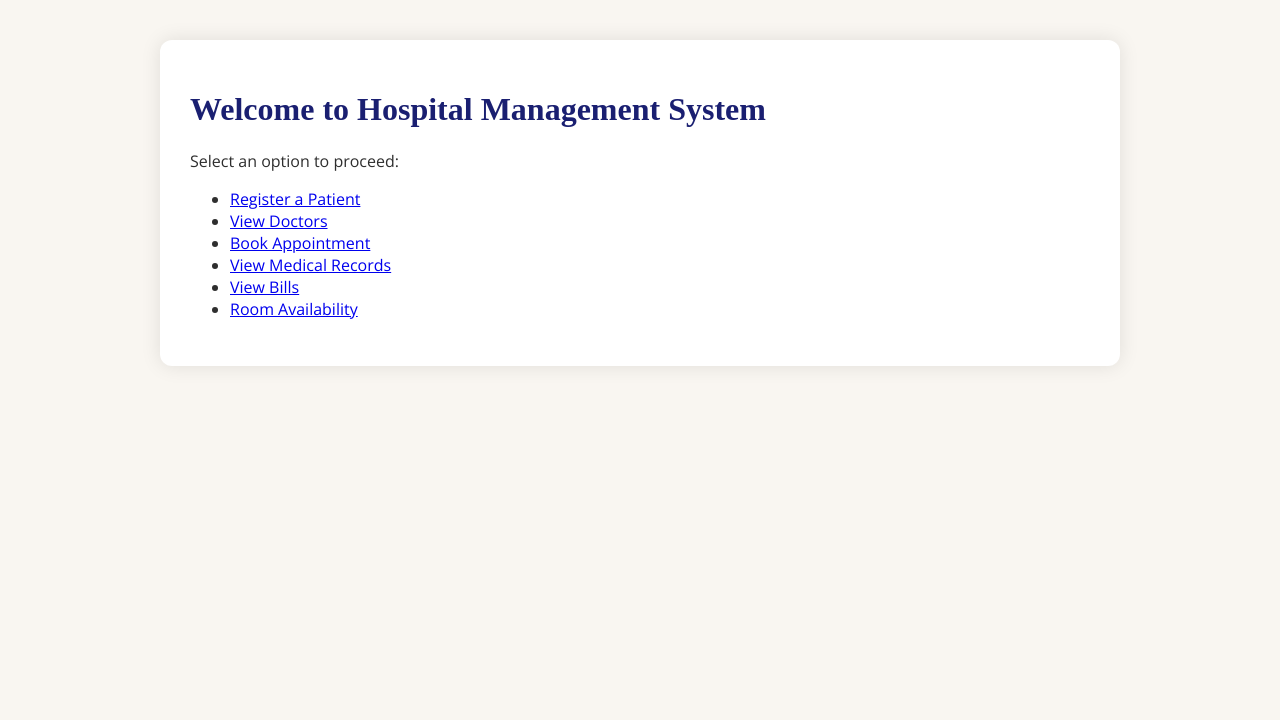
Repository: shreeshskatti/hospital_management_system
Page: http://localhost/
The author's editor kept a copy of each file at every save. The page is drawn from the files as they stood at one save, then again after the next save.
The browser window is 1280 px wide. The pictures show the whole page.
Some web fonts or font styles are not loaded; a fallback is used. The page is run by PHP 8.4 with error messages shown; the project is at /var/www/html/.

Above is the page before, as saved 2025-05-29 20:39:33.

After the next save:
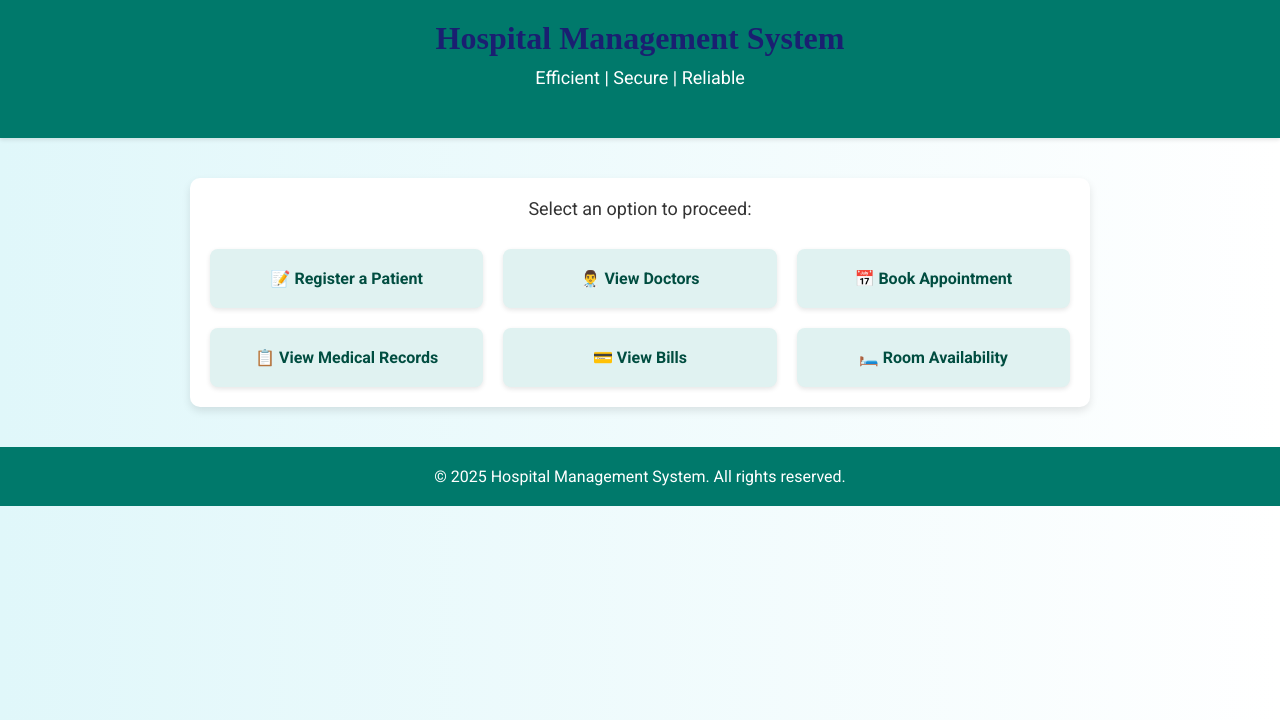
Saved 10 min 15 s later.
--- a/index.php
+++ b/index.php
@@ -1,22 +1,98 @@
 <?php include 'includes/db.php'; ?>
 <!DOCTYPE html>
-<html>
+<html lang="en">
 <head>
+  <meta charset="UTF-8">
   <title>Hospital Management System</title>
   <link rel="stylesheet" href="css/style.css">
+  <link href="https://fonts.googleapis.com/css2?family=Roboto:wght@400;700&display=swap" rel="stylesheet">
+  <style>
+    * {
+      margin: 0; padding: 0;
+      box-sizing: border-box;
+      font-family: 'Roboto', sans-serif;
+    }
+    body {
+      background: linear-gradient(to right, #e0f7fa, #ffffff);
+      color: #333;
+    }
+    header {
+      background-color: #00796B;
+      color: white;
+      padding: 20px 0;
+      text-align: center;
+      box-shadow: 0 2px 4px rgba(0,0,0,0.1);
+    }
+    .container {
+      max-width: 900px;
+      margin: 40px auto;
+      padding: 20px;
+      background: white;
+      border-radius: 10px;
+      box-shadow: 0 4px 8px rgba(0,0,0,0.1);
+      text-align: center;
+    }
+    h1 {
+      margin-bottom: 10px;
+    }
+    p {
+      font-size: 18px;
+      margin-bottom: 30px;
+    }
+    ul {
+      list-style: none;
+      display: grid;
+      grid-template-columns: repeat(auto-fit, minmax(240px, 1fr));
+      gap: 20px;
+      padding: 0;
+    }
+    li a {
+      display: block;
+      padding: 20px;
+      background-color: #e0f2f1;
+      border-radius: 8px;
+      text-decoration: none;
+      color: #004D40;
+      font-weight: bold;
+      font-size: 16px;
+      transition: all 0.3s ease;
+      box-shadow: 0 2px 5px rgba(0,0,0,0.1);
+    }
+    li a:hover {
+      background-color: #b2dfdb;
+      transform: translateY(-5px);
+    }
+    footer {
+      text-align: center;
+      margin-top: 40px;
+      padding: 20px;
+      background-color: #00796B;
+      color: white;
+    }
+  </style>
 </head>
 <body>
+
+  <header>
+    <h1>Hospital Management System</h1>
+    <p>Efficient | Secure | Reliable</p>
+  </header>
+
   <div class="container">
-    <h1>Welcome to Hospital Management System</h1>
     <p>Select an option to proceed:</p>
     <ul>
-      <li><a href="patients/add_patient.php">Register a Patient</a></li>
-      <li><a href="doctors/view_doctors.php">View Doctors</a></li>
-      <li><a href="appointments/book_appointment.php">Book Appointment</a></li>
-      <li><a href="medical_records/view_records.php">View Medical Records</a></li>
-      <li><a href="bills/view_bills.php">View Bills</a></li>
-      <li><a href="rooms/view_rooms.php">Room Availability</a></li>
+      <li><a href="patients/add_patient.php">📝 Register a Patient</a></li>
+      <li><a href="doctors/view_doctors.php">👨‍⚕️ View Doctors</a></li>
+      <li><a href="appointments/book_appointment.php">📅 Book Appointment</a></li>
+      <li><a href="medical_records/view_records.php">📋 View Medical Records</a></li>
+      <li><a href="bills/view_bills.php">💳 View Bills</a></li>
+      <li><a href="rooms/view_rooms.php">🛏️ Room Availability</a></li>
     </ul>
   </div>
+
+  <footer>
+    &copy; <?php echo date('Y'); ?> Hospital Management System. All rights reserved.
+  </footer>
+
 </body>
 </html>
